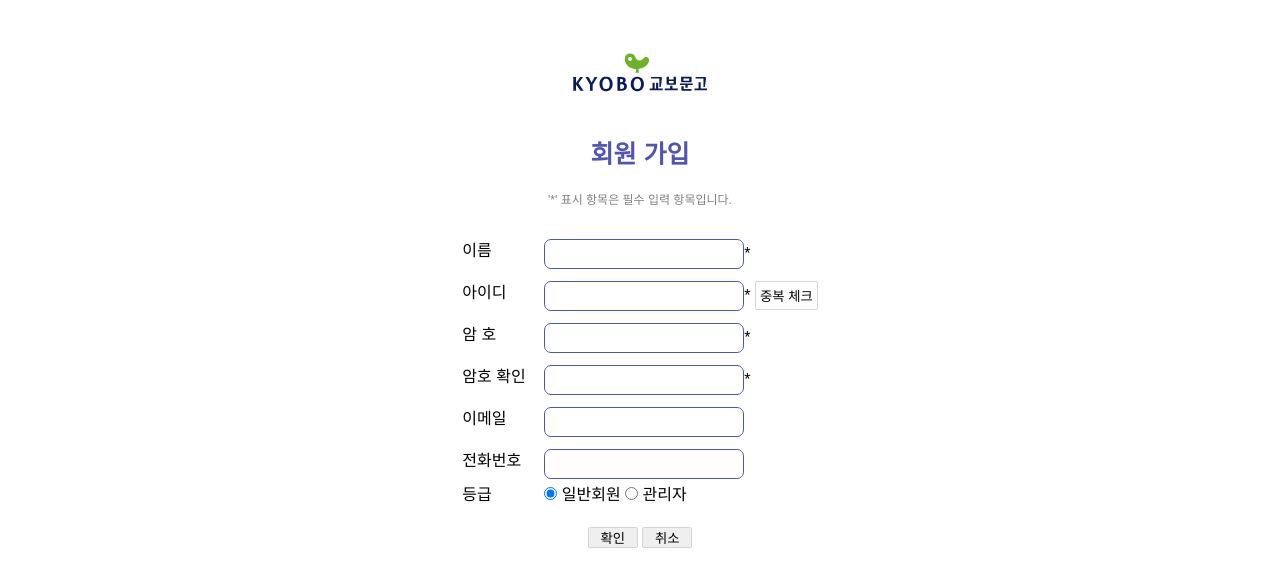
Repository: Yundanbi/Kyobo
Page: http://localhost/kyobo/join.do
These files come from the project's save history. The page is drawn as it stood at one moment and after the next save; the edit follows.
The browser window is 1280 px wide. The pictures show the whole page.
The page is served by Tomcat 9.

Above is the page before, as saved 2025-06-18 00:55:42.

After the next save:
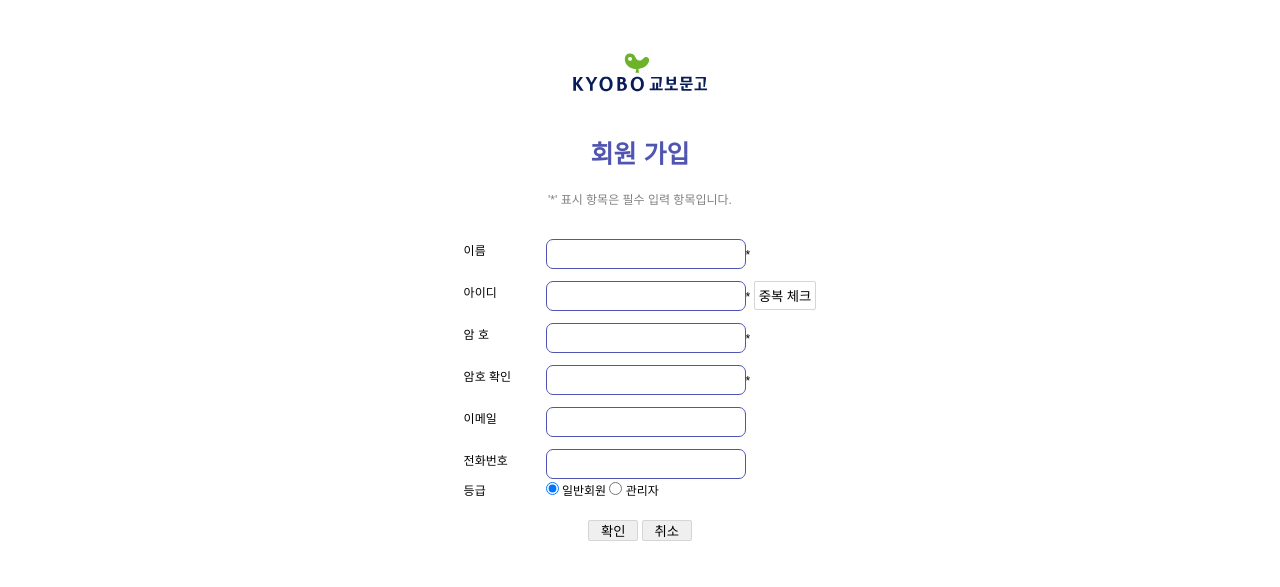
Saved 38 s later.
--- a/kyobo/src/main/webapp/member/join.jsp
+++ b/kyobo/src/main/webapp/member/join.jsp
@@ -43,6 +43,11 @@
 	margin-top: 10px;
 	margin-bottom: 20px;
 }
+
+td {
+	font-size:12px;
+
+ 	}
 
 .inputbox {
 	width: 200px;
